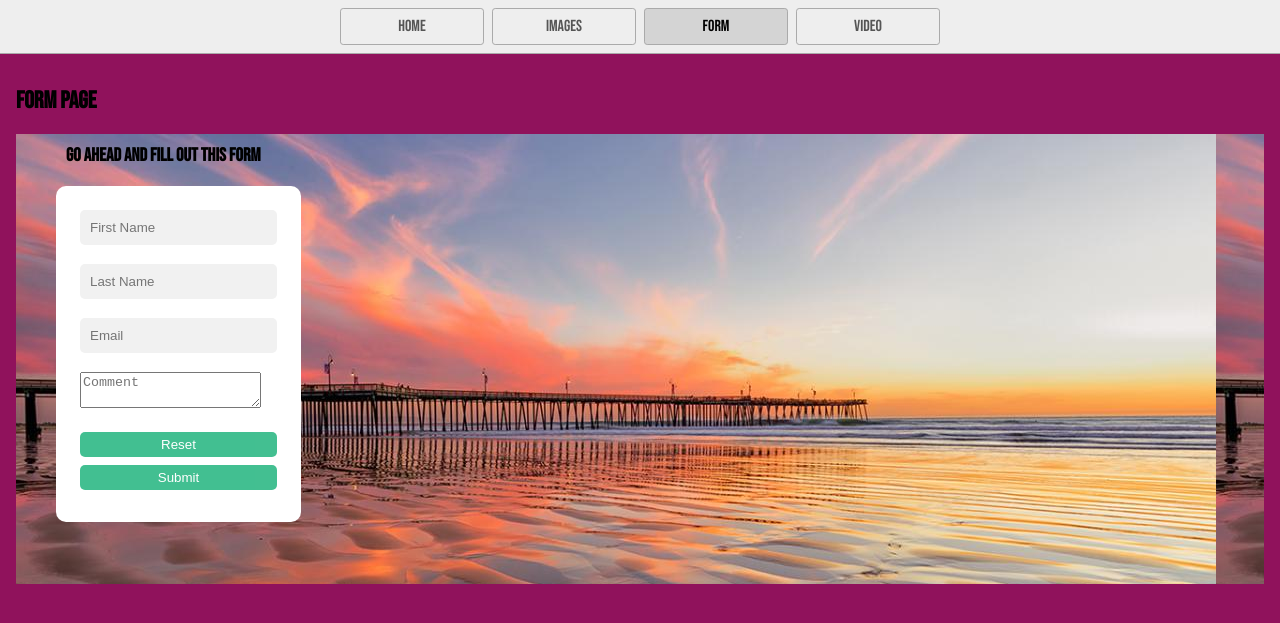
Repository: sebas6292/palmTree-Final
Page: Form.html
An editor plug-in stored every save of this project. The page is shown before and after the next save, followed by the edit.
The browser window is 1280 px wide. The pictures show the whole page.

Above is the page before, as saved 2023-05-28 13:24:55.

### Form.html
<!DOCTYPE html>
<html lang="en">
  <head>
    <title>Home</title>
    <meta charset="UTF-8" />
    <meta name="viewport" content="width=device-width" />

    <link rel="preconnect" href="https://fonts.googleapis.com">
    <link rel="preconnect" href="https://fonts.gstatic.com" crossorigin>
    <link href="https://fonts.googleapis.com/css2?family=Bebas+Neue&display=swap" rel="stylesheet">
    <link rel="stylesheet" href="styles.css" />

  </head>
  <body>
    <nav>
      <a href="/Home.html">Home</a>
      <a href="/Images.html">Images</a>
      <a href="/Form.html" aria-current="page">Form</a>
      <a href="/Video.html">Video</a>
    </nav>
    <main>
      <h1>Form page</h1>
      <div class="bg-img">
      <h3 class="form-title">Go ahead and fill out this form</h3>
      <form action="/Home.html" target="_blank" class="form-container">

        <input type="text" id="fname" name="fname" placeholder="First Name"><br>
        <br>
        <input type="text" id="lname" name="lname" placeholder="Last Name" ><br>
        <br>
        <input type="text" id="email" name="email" placeholder="Email"><br>
        <br>

        <textarea id="comment" placeholder='Comment' name="comment" ></textarea>
        <br>
        <br>
        <input class="btn" type="reset" value="Reset">
        <input class="btn" type="submit" value="Submit">
      </form>
    </div>
    </main>
  </body>
</html>

### styles.css
* {
    box-sizing: border-box;
  }

  body {
    margin: 0;
    font-family: 'Bebas Neue', sans-serif;
    color: black;
    background-color: white;
  }
  @keyframes body {
    0%   {background-color: white;}
    25%  {background-color: brown}
    50%  {background-color: purple;}
    100% {background-color: black;}
  }
  body {
    background-color: white;
    animation-name: body;
    animation-duration: 15s;
  }

  nav {
    display: flex;
    flex-wrap: wrap;
    align-items: center;
    justify-content: center;
    padding: 0.5rem;
    gap: 0.5rem;
    border-bottom: solid 1px #aaa;
    background-color: #eee;
  }

  nav a {
    display: inline-block;
    min-width: 9rem;
    padding: 0.5rem;
    border-radius: 0.2rem;
    border: solid 1px #aaa;
    text-align: center;
    text-decoration: none;
    color: #555;
  }

  nav a[aria-current='page'] {
    color: #000;
    background-color: #d4d4d4;
  }

  main {
    padding: 1rem;
  }

  h1 {
    font-weight: bold;
    font-size: 1.5rem;
  }
  .form-title {
    /* margin: 10px 0 0 50px; */
    margin-left: 50px;
    padding-top: 10px;
  }

  .bg-img {
    background-image: url('/Assets/pier2.jpeg');
    height: 450px;
  }

  .form-container {
    position: absolute;
    margin: 0 0 0 40px;
    max-width: 400px;
    padding: 24px;
    background-color: white;
    border-radius: 10px;
  }
  input[type=text], input[type=password], input[id=comment] {
    width: 100%;
    padding: 10px;
    /* margin: 5px 0 22px 0; */
    border: none;
    background: #f1f1f1;
    border-radius: 5px;
  }
  .btn {
    background-color: #04AA6D;
    color: white;
    margin-bottom: .5rem ;
    padding: 5px 0 5px 0;
    border: none;
    cursor: pointer;
    border-radius: 5px;
    width: 100%;
    opacity: 0.75;
  }

  .btn:hover {
    opacity: 1;
  }

After the next save:
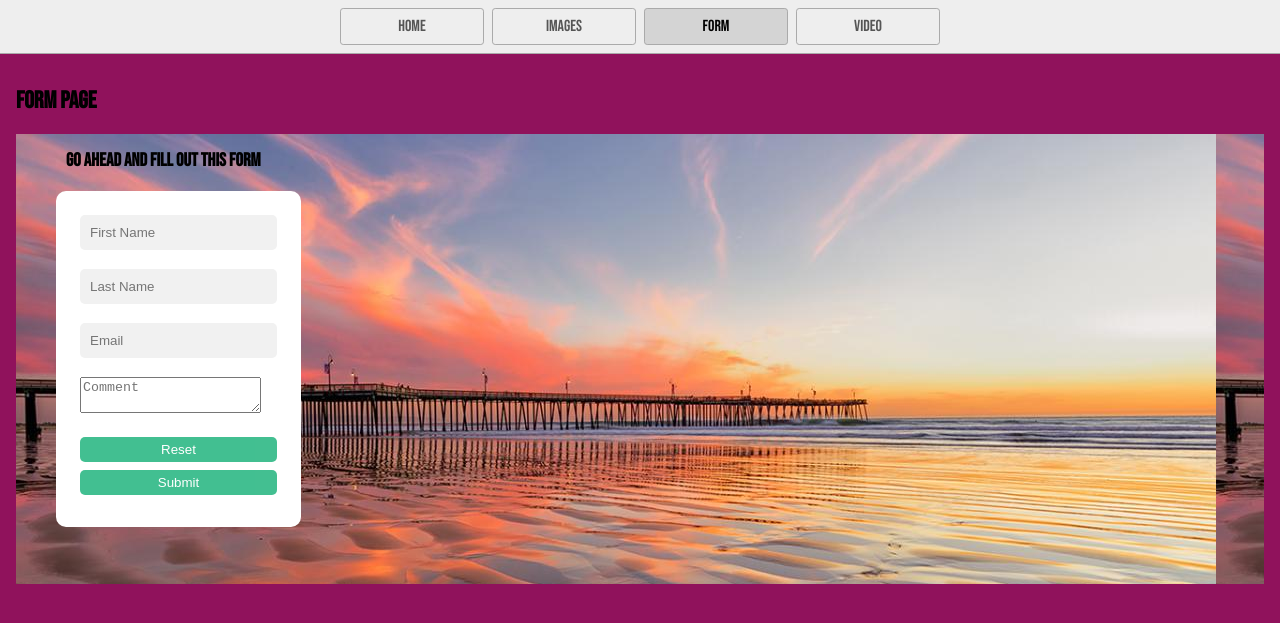
Saved 11 s later.
--- a/styles.css
+++ b/styles.css
@@ -58,7 +58,7 @@
   .form-title {
     /* margin: 10px 0 0 50px; */
     margin-left: 50px;
-    padding-top: 10px;
+    padding-top: 15px;
   }
 
   .bg-img {
